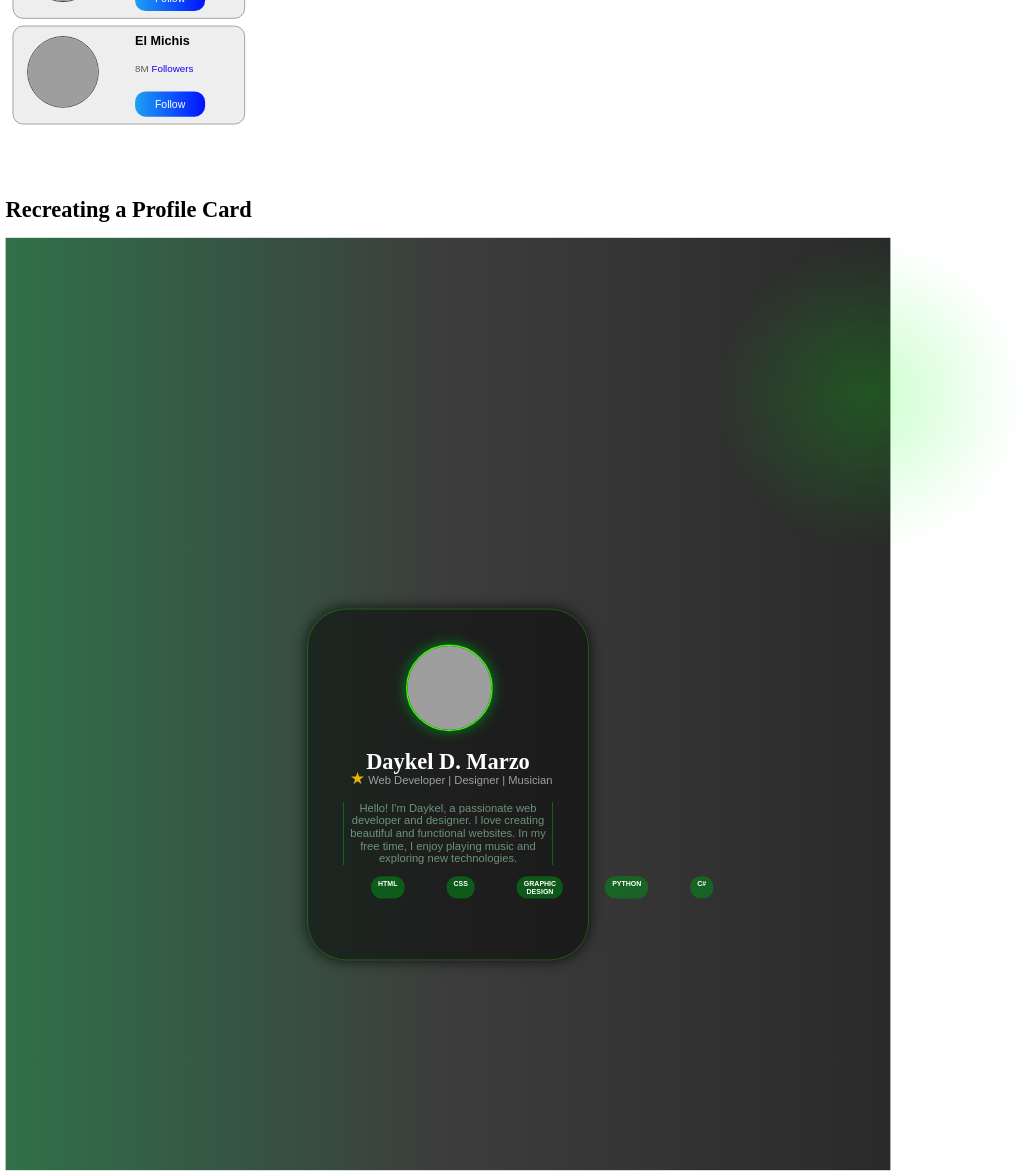
Repository: Yeyolive/WebDev_Collab_2025
Page: Basic_Projects/HTML-CSS course/into-to-html/index.html
The author's editor kept a copy of each file at every save. The page is drawn from the files as they stood at one save, then again after the next save.
The browser window is 1280 px wide. The page is 1465 px wide, so the pictures cover 1465 px, including what lies to the right of the window. The pictures show the part of the page from y = 3934 to 5614 px (the page is 5614 px tall), at 70% of full size.
Pictures or frames that could not be fetched are drawn as grey boxes.

Above is the page before, as saved 2025-11-26 00:12:56.

### Basic_Projects/HTML-CSS course/into-to-html/index.html
<!DOCTYPE html>
<html lang="en">
  <head>
    <meta charset="UTF-8" />
    <meta http-equiv="X-UA-Compatible" content="IE=edge" />
    <!-- Ensures compatibility with Internet Explorer -->
    <meta name="viewport" content="width=device-width, initial-scale=1.0" />
    <title>HTML-CSS Course</title>
    <link rel="stylesheet" href="styles.css" />
  </head>

  <body>
    <!-- Buttons section-->
    <button class="subscribe">SUBSCRIBE</button>

    <button class="join">JOIN</button>

    <button class="tweet">Tweet</button>
    <br /><br />
    <button class="uber">Request Now</button>

    <button class="Amazon">Add to cart</button>

    <button class="Github">Sign up</button>
    <br /><br />
    <button class="Bootstrap-1">Get started</button>
    <button class="Bootstrap-2">Download</button>

    <button class="Linkedin-1">Apply on company website</button>
    <br /><br />
    <button class="Linkedin-2">Save</button>
    <br /><br /><br />
    <hr />
    <a href="#">Back to Amazon</a>
    <br />
    <h1>Nike Black Running Shoes</h1>
    <p class="price">$39 - in stock.</p>

    <p>Free delivery tomorrow.</p>

    <button class="Amazon-1">Add to cart</button>
    <button class="Amazon-2">Buy now</button>
    <br /><br />
    <hr />
    <!-- Texts section-->
    <p class="video-title">
      Talking Tech and AI with Google CEO Sundar Pichai!
    </p>

    <p class="video-stats">3.4M views &#183; 6 months ago</p>
    <p class="video-author">marques Brownlee &#10003;</p>
    <p class="video-description">
      Lorem ipsum dolor sit amet consectetur adipisicing elit. Distinctio
      sapiente beatae delectus debitis natus architecto amet! Libero facilis
      mollitia, illo, beatae unde non nemo ad commodi repudiandae, qui enim
      dolore.
    </p>
    <br /><br />
    <hr />
    <p class="apple-text">
      Lorem ipsum dolor sit amet consectetur adipisicing elit. Nesciunt,
      impedit. <span class="span-example">Shop Now</span>
    </p>
    <br /><br />
    <hr />
    <!-- Images: CARS SECTION -->
    <div class="car-images">
      <div class="car">
        <img
          src="images/cars/pexels-adrian-dorobantu-989175-2127733.jpg"
          alt="Car 1"
        />
      </div>
      <div class="car">
        <img src="images/cars/pexels-albinberlin-919073.jpg" alt="Car 2" />
      </div>
      <div class="car">
        <img src="images/cars/pexels-avinashpatel-544542.jpg" alt="Car 3" />
      </div>
      <div class="car">
        <img src="images/cars/pexels-cesarperez209-733745.jpg" alt="Car 4" />
      </div>
      <div class="car">
        <img src="images/cars/pexels-hikaique-242125.jpg" alt="Car 5" />
      </div>
      <div class="car">
        <img src="images/cars/pexels-pashal-337909.jpg" alt="Car 7" />
      </div>
      <div class="car">
        <img src="images/cars/pexels-pixabay-248687.jpg" alt="Car 8" />
      </div>
    </div>

    <input class="search-bar" type="text" placeholder="Search" />

    <input
      class="search-bar-2"
      type="text"
      placeholder="Search Google or type a URL"
    />

    <br /><br />
    <hr />
    <!-- Input field -->
    <p class="email-p1">Email</p>
    <input class="email-input" type="email" />

    <p class="email-p2">
      By clicking Agree & Join, you agree to the Privacy Policy.
    </p>

    <button class="agree-and-join">Agree & Join</button>
    <br /><br />
    <hr />
    <!-- Add Friends section-->
    <h1>Practice - Add Friends</h1>
    <br /><br />
    <div class="add-friends">
      <img
        src="images/cars/pexels-adrian-dorobantu-989175-2127733.jpg"
        alt="car1"
      />
      <br />
      <p class="p1">John</p>
      <p class="p2">3 mutual friends</p>
      <button class="add-button">Add Friend</button>
    </div>

    <div class="add-friends">
      <img src="images/cars/pexels-hikaique-242125.jpg" alt="car2" />
      <br />
      <p class="p1">Baker</p>
      <p class="p2">5 mutual friends</p>
      <button class="add-button">Add Friend</button>
    </div>

    <div class="add-friends">
      <img src="images/cars/pexels-pixabay-248687.jpg" alt="car3" />
      <br />
      <p class="p1">Leo</p>
      <p class="p2">4 mutual friends</p>
      <button class="add-button">Add Friend</button>
    </div>
    <br /><br /><br />
    <hr />
    <!-- Vertical layout practice-->
    <h1>Vertical layout Practice</h1>
    <br /><br />
    <div class="profiles">
      <div class="cats-profile">
        <div class="cat1">
          <img
            class="cat-img"
            src="images/pexels-pixabay-69932.jpg"
            alt="cat image"
          />
        </div>
      </div>

      <div class="cat-info">
        <p class="cat-name">Benny</p>
        <p class="cat-popularity"><span>1.7M</span> Followers</p>
        <button class="follow-button">Follow</button>
      </div>
    </div>

    <div class="profiles">
      <div class="cats-profile">
        <div class="cat2">
          <img
            class="cat-img"
            src="https://images.pexels.com/photos/68594/pexels-photo-68594.jpeg"
            alt="cat image"
          />
        </div>
      </div>

      <div class="cat-info">
        <p class="cat-name">Rendi</p>
        <p class="cat-popularity"><span>3.2M</span> Followers</p>
        <button class="follow-button">Follow</button>
      </div>
    </div>

    <div class="profiles">
      <div class="cats-profile">
        <div class="cat3">
          <img
            class="cat-img"
            src="https://images.pexels.com/photos/33537/cat-animal-cat-portrait-mackerel.jpg"
            alt="cat image"
          />
        </div>
      </div>

      <div class="cat-info">
        <p class="cat-name">Mario</p>
        <p class="cat-popularity"><span>10M</span> Followers</p>
        <button class="follow-button">Follow</button>
      </div>
    </div>
    <div class="profiles">
      <div class="cats-profile">
        <div class="cat4">
          <img
            class="cat-img"
            src="https://images.pexels.com/photos/86243/pexels-photo-86243.jpeg"
            alt="cat image"
          />
        </div>
      </div>

      <div class="cat-info">
        <p class="cat-name">Rodolf</p>
        <p class="cat-popularity"><span>4.7M</span> Followers</p>
        <button class="follow-button">Follow</button>
      </div>
    </div>

    <div class="profiles">
      <div class="cats-profile">
        <div class="cat5">
          <img
            class="cat-img"
            src="https://images.pexels.com/photos/302280/pexels-photo-302280.jpeg"
            alt="cat image"
          />
        </div>
      </div>

      <div class="cat-info">
        <p class="cat-name">El Michis</p>
        <p class="cat-popularity"><span>8M</span> Followers</p>
        <button class="follow-button">Follow</button>
      </div>
    </div>
    <br /><br />
    <br /><br />
    <h1>Recreating a Profile Card</h1>
    <!--PROFILE CARD-->
    <div class="profile-card">
      <div class="glow-circle"></div>
      <div class="avatar">
        <img
          class="avatar-pic"
          src="https://images.pexels.com/photos/1681010/pexels-photo-1681010.jpeg"
          alt="profile picture"
        />
        <h1 class="avatar-name">Daykel D. Marzo</h1>
        <p class="avatar-roles">
          <span class="profile-symbols">&#9733;</span>
          Web Developer | Designer | Musician
        </p>
        <p class="avatar-description">
          Hello! I'm Daykel, a passionate web developer and designer. I love
          creating beautiful and functional websites. In my free time, I enjoy
          playing music and exploring new technologies.
        </p>
        <ul class="skill-tags">
          <li><p>HTML</p></li>
          <li><p>CSS</p></li>
          <li><p>Graphic Design</p></li>
          <li><p>Python</p></li>
          <li><p>C#</p></li>
        </ul>
      </div>
    </div>
  </body>
</html>

### Basic_Projects/HTML-CSS course/into-to-html/styles.css
/* === buttons === */
.subscribe {
  border: none;
  height: 36px;
  background: rgb(200, 0, 0);
  color: white;
  font-size: 15px;
  cursor: pointer;
  margin-right: 10px;
  transition: opacity 0.3s;
}

.subscribe:hover {
  opacity: 0.7;
}

.subscribe:active {
  opacity: 0.6;
}

.join {
  border: 1px solid blue;
  height: 36px;
  width: 74px;
  color: blue;
  font-size: 15px;
  background: white;
  border-radius: 2px;
  cursor: pointer;
  margin-right: 10px;
  transition: background-color 0.4s, color 0.4s;
}

.join:hover {
  background: blue;
  color: white;
}

.join:active {
  opacity: 0.7;
}

.tweet {
  border: none;
  border-radius: 18px;
  height: 36px;
  width: 74px;
  background: #1d9bf0;
  color: white;
  cursor: pointer;
  font-weight: bold;
  font-size: 15px;
  transition: background-color 0.4s, color 0.4s;
}

.tweet:hover {
  box-shadow: 5px 5px 10px rgba(0, 0, 0, 0.414);
}

.uber {
  background: black;
  color: white;
  border: none;
  height: 36px;
  width: 115px;
  cursor: pointer;
  transition: background-color 0.4s, color 0.4s;
}

.uber:hover {
  opacity: 0.7;
}

.Amazon {
  background: rgb(255, 216, 20);
  color: rgb(0, 0, 0);
  border: none;
  border-radius: 18px;
  height: 30px;
  width: 150px;
  margin-left: 10px;
  margin-right: 10px;
  cursor: pointer;
  transition: background-color 0.4s, color 0.4s;
}

.Amazon:hover {
  background: rgb(255, 153, 36);
}

.Github {
  background: rgb(46, 164, 79);
  color: white;
  border: none;
  padding-left: 10px;
  padding-right: 10px;
  padding-top: 10px;
  padding-bottom: 10px;
  margin-left: 10px;
  margin-right: 10px;
  border-radius: 7px;
  font-weight: bold;
  cursor: pointer;
  transition: padding 0.15s, margin 0.15s, background-color 0.4s, color 0.4s;
}

.Github:hover {
  background: rgb(36, 124, 59);
  padding-left: 25px;
  padding-right: 25px;
  margin-left: 0px;
  margin-right: 0px;
}

.Bootstrap-1 {
  background: rgb(121, 82, 179);
  color: white;
  border: none;
  border-radius: 5px;
  height: 36px;
  width: 110px;
  font-weight: bold;
  margin-right: 10px;
  cursor: pointer;
  transition: background-color 0.4s, color 0.4s;
}

.Bootstrap-1:hover {
  background: rgb(51, 26, 88);
}
.Bootstrap-2 {
  background: white;
  color: rgb(108, 117, 125);
  font-weight: bold;
  border: 1px solid rgb(108, 117, 125);
  height: 36px;
  width: 110px;
  border-radius: 5px;
  margin-right: 10px;
  cursor: pointer;
  transition: background-color 0.4s, color 0.4s;
}
.Bootstrap-2:hover {
  background: rgb(108, 117, 125);
  color: white;
  width: 130px;
}

.Linkedin-1 {
  background: rgb(10, 102, 194);
  color: white;
  border: none;
  border-radius: 15px;
  font-weight: bold;
  height: 36px;
  width: 210px;
  cursor: pointer;
  transition: background-color 0.4s, color 0.4s;
}

.Linkedin-1:hover {
  background: rgb(6, 61, 116);
}

.Linkedin-2 {
  background: white;
  color: rgb(10, 102, 194);
  font-weight: bold;
  border: 1px solid rgb(10, 102, 194);
  height: 36px;
  width: 90px;
  border-radius: 15px;
  cursor: pointer;
  font-size: 14px;
  margin-bottom: 50px;
  transition: background-color 0.4s, color 0.4s;
}

.Linkedin-2:hover {
  background: rgba(55, 146, 250, 0.307);
  color: rgb(10, 102, 194);
  border: 1px solid rgb(10, 102, 194);
}

a {
  color: rgb(22, 75, 33);
}

a:hover {
  text-decoration: none;
  color: rgb(30, 255, 0);
}

.Amazon-1 {
  background: rgb(255, 216, 20);
  color: rgb(0, 0, 0);
  border: none;
  border-radius: 18px;
  height: 30px;
  width: 120px;
  cursor: pointer;
  transition: background-color 0.4s, color 0.4s;
}
.Amazon-1:hover {
  background: rgb(255, 153, 36);
  margin-right: 20px;
  border-top-right-radius: 25px;
}

.Amazon-2 {
  background: rgb(255, 153, 36);
  color: rgb(0, 0, 0);
  border: none;
  border-radius: 18px;
  height: 30px;
  width: 120px;
  cursor: pointer;
  transition: background-color 0.4s, color 0.4s;
}
.Amazon-2:hover {
  background: rgb(255, 216, 20);
  margin-left: 20px;
  border-top-left-radius: 25px;
  border-bottom-right-radius: 25px;
  font-style: italic;
}

.price {
  color: green;
  font-weight: bold;
}

/* === video ===== */

p {
  font-family: Arial, Helvetica, sans-serif;
  margin-top: 0;
  margin-bottom: 0;
}
.video-title {
  font-size: 18px;
  font-weight: bold;
  width: 300px;
  line-height: 24px;
  margin-bottom: 5px;
}

.video-stats {
  font-size: 14px;
  color: rgb(96, 96, 96);
  margin-top: 0;
  margin-bottom: 20px;
}

.video-author {
  font-size: 14px;
  color: rgb(96, 96, 96);
  margin-top: 0;
  margin-bottom: 20px;
}

.video-description {
  font-size: 14px;
  color: rgb(96, 96, 96);
  width: 300px;
  line-height: 22px;
  margin-top: 0;
}

.apple-text {
  margin-bottom: 50px;
  font-size: 14px;
  font-weight: bold;
  background-color: rgb(227, 65, 64);
  color: white;
  text-align: center;
  padding: 20px 10px;
}

.span-example {
  color: rgb(255, 255, 255);
  cursor: pointer;
  margin-left: 10px;
  border: 2px solid rgb(255, 255, 255);
  padding: 10px;
  background: linear-gradient(
    to right,
    rgb(0, 0, 0),
    rgb(255, 1, 1),
    rgb(255, 153, 36)
  );
  border-radius: 20px;
}

.span-example:hover {
  opacity: 0.7;
}

.span-example:active {
  opacity: 0.6;
}

/* === images === */

img {
  width: 300px;
  height: 200px;
  border: 2px solid black;
  border-radius: 10px;
  object-fit: cover;
  border-bottom-left-radius: 0px;
  border-bottom-right-radius: 0px;
  border-bottom: 1px solid rgb(55, 6, 250);
}

.search-bar {
  width: 200px;
  height: 30px;
  margin: 20px;
  font-size: 20px;
  padding: 10px 20px;
  border: 1px solid grey;
  border-radius: 10px;
  display: block;
}

.search-bar-2 {
  width: 450px;
  padding: 12px 10px;
  margin-left: 5px;
  font-size: 18px;
  border: none;
  border-radius: 20px;
  box-shadow: 0px 0px 5px rgba(0, 0, 0, 0.2);
  display: block;
}

.search-bar-2:focus {
  outline: none;
  box-shadow: 0px 0px 8px rgba(0, 85, 255, 0.738);
}

.search-bar-2:hover {
  box-shadow: 0px 0px 8px rgba(0, 85, 255, 0.738);
  cursor: pointer;
}

.email-p1 {
  color: rgb(56, 55, 55);
}

.email-p2 {
  color: rgb(56, 55, 55);
  width: 405px;
  font-size: 15px;
}

.email-input {
  width: 350px;
  border: 1.5px solid black;
  border-radius: 5px;
  padding: 10px;
  cursor: pointer;
}

.email-input:focus {
  outline: none;
  box-shadow: 0px 0px 8px rgba(0, 85, 255, 0.738);
}

.agree-and-join {
  padding: 15px 60px;
  width: 20%;
  font-size: 20px;
  color: white;
  border: none;
  border-radius: 25px;
  background-color: rgb(10, 102, 194);
  cursor: pointer;
  transition: background-color 0.4s, color 0.4s;
}

.agree-and-join:hover {
  background: rgb(6, 61, 116);
}

.add-friends {
  display: inline-block;
  margin: 10px;
  padding: 0px 0px 15px 0px;
  background: linear-gradient(to right, #b9b9b9, #ffffff, #d0d0d0);
  box-shadow: 5px 5px 10px rgba(74, 76, 74, 0.612);
  font-size: 18px;
  border: 1px solid black;
  border-radius: 10px;
}

.add-friends:hover {
  transform: translateY(-5px);
  transition: box-shadow 0.3s ease, transform 0.3s ease;
}

.add-friends .p1 {
  font-size: 20px;
  color: rgb(0, 123, 255);
  font-weight: bold;
  padding-left: 10px;
  text-align: center;
}

.add-friends .p2 {
  font-size: 20px;
  color: rgb(0, 0, 0);
  font-weight: bold;
  padding-left: 10px;
  text-align: center;
}

.add-button {
  background: rgb(0, 123, 255);
  color: white;
  border: none;
  border-radius: 15px;
  margin-left: 80px;
  height: 36px;
  width: 150px;
  cursor: pointer;
  transition: background-color 0.4s, color 0.4s;
}

.add-button:hover {
  background: rgb(0, 82, 178);
}

.cats-profile {
  display: inline-block;
  width: 50px;
}
.cat-info {
  display: inline-block;
  width: 100px;
}

.cat-img {
  border-radius: 100%;
  border: 1px solid black;
  width: 100px;
  height: 100px;
  object-fit: cover;
}

.cat-img:hover {
  box-shadow: 5px 5px 10px rgba(13, 0, 255, 0.416);
  cursor: pointer;
}
.cat-name {
  font-size: 18px;
  width: 150px;
  font-weight: bolder;
  display: inline-block;
  padding-left: 100px;
  margin-bottom: 20px;
}

.cat-popularity {
  font-size: 14px;
  color: rgb(25, 0, 255);
  width: 150px;
  display: inline-block;
  padding-bottom: 5px;
  padding-left: 100px;
  margin-bottom: 20px;
}

.follow-button {
  background: linear-gradient(to right, #1da1f2, #0011ff);
  color: white;
  border: none;
  font-size: 15px;
  border-radius: 15px;
  margin-left: 100px;
  height: 36px;
  width: 100px;
  cursor: pointer;
  transition: background-color 0.4s, color 0.4s;
}

.follow-button:hover {
  background: linear-gradient(to right, #0873b5, #01019c);
}

.follow-button:active {
  opacity: 0.7;
}

.profiles {
  background: rgba(158, 158, 158, 0.175);
  padding: 10px 60px 10px 20px;
  width: 250px;
  border: 1px solid grey;
  border-radius: 15px;
  display: block;
  margin: 10px;
}

span {
  color: rgb(92, 92, 92);
}

/* === Simple Profile Card Styles === */
/* Container for the profile card */
.glow-circle {
  position: relative;
  width: 450px;
  height: 450px;
  background: radial-gradient(circle, rgba(0, 255, 4, 0.2), transparent 70%);
  filter: blur(2px);
  top: -300px;
  left: 600px;
  pointer-events: none;
}
.profile-card {
  background: linear-gradient(
    to right,
    rgba(21, 93, 50, 0.884),
    rgba(11, 12, 11, 0.8),
    rgba(0, 0, 0, 0.837)
  );
  padding: 300px;
  display: grid;
  place-items: center;
}

.avatar {
  padding: 50px;
  margin-top: -220px;
  background: rgba(0, 0, 0, 0.5);
  width: 300px;
  height: 400px;
  border-radius: 55px;
  border: 1px solid rgba(43, 255, 0, 0.31);
  box-shadow: 0px 0px 20px rgba(0, 0, 0, 0.8);
}

.avatar-pic {
  border-radius: 50%;
  width: 120px;
  height: 120px;
  object-fit: cover;
  margin-left: 90px;
  border: 2px solid rgb(47, 255, 0);
  box-shadow: 0px 0px 20px rgba(0, 145, 24, 0.921);
}

.avatar-roles {
  margin-top: -30px;
  margin-bottom: 20px;
  color: rgba(170, 170, 170, 0.921);
}

.avatar-name {
  font-size: 32px;
  font-weight: bold;
  color: rgb(255, 255, 255);
  text-align: center;
}

.avatar-description {
  text-align: center;
  color: rgba(181, 255, 206, 0.521);
  border-left: 1px solid rgba(0, 145, 24, 0.921);
  border-right: 1px solid rgba(0, 145, 24, 0.921);
}

.profile-symbols {
  margin-left: 10px;
  color: rgba(249, 195, 0, 0.921);
  font-size: 24px;
}

.skill-tags {
  display: flex;
  gap: 10px;
  list-style: none;
}

.skill-tags li {
  background: rgba(0, 145, 24, 0.521);
  color: white;
  font-size: 10px;
  margin-right: 10px;
  padding: 5px 10px;
  text-align: center;
  border-radius: 15px;
  text-transform: uppercase;
  font-weight: bold;
  display: inline-block;
  justify-content: center;
  margin-right: 50px;
}

After the next save:
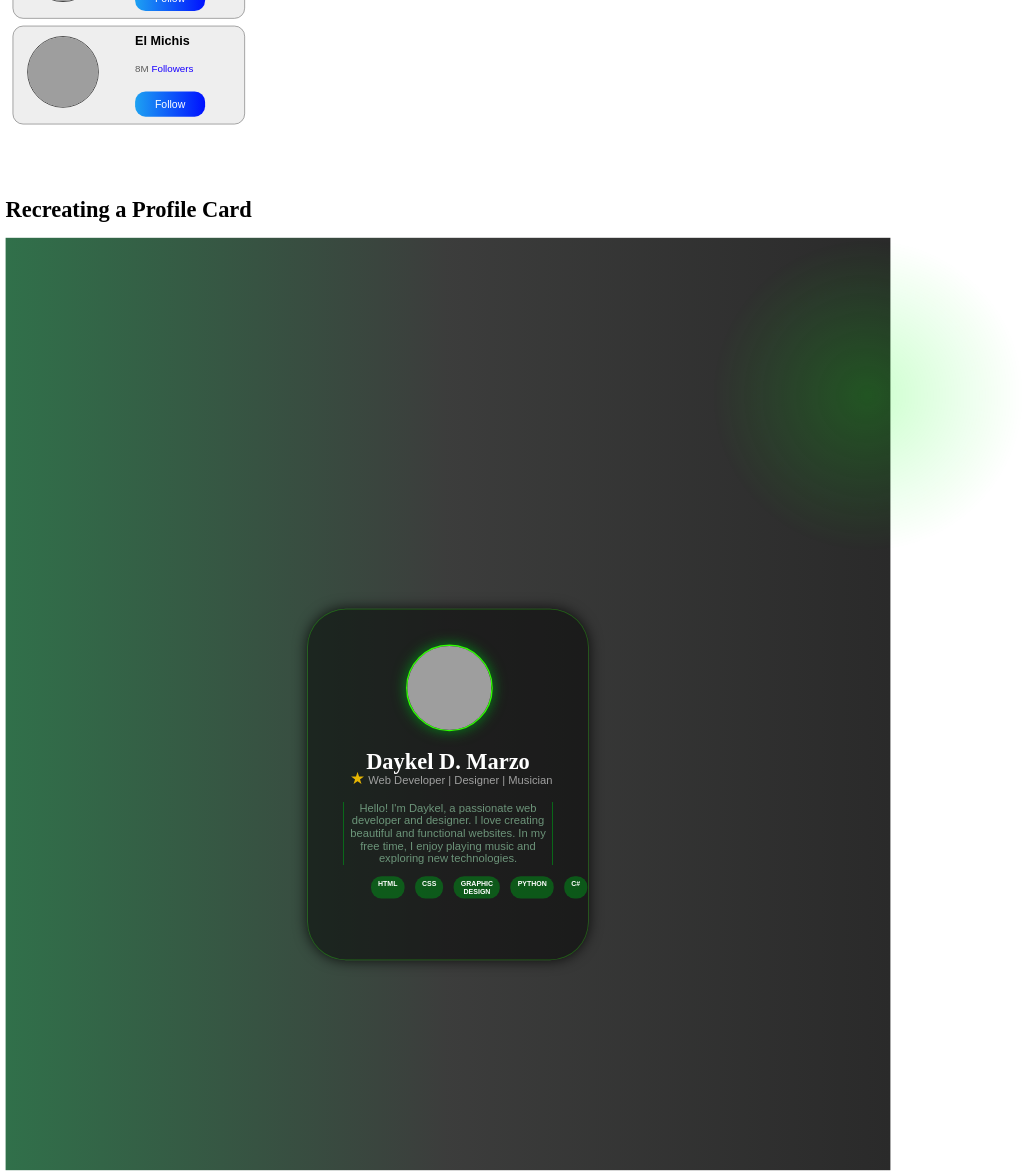
Saved 11 s later.
--- a/Basic_Projects/HTML-CSS course/into-to-html/styles.css
+++ b/Basic_Projects/HTML-CSS course/into-to-html/styles.css
@@ -596,5 +596,5 @@ span {
   font-weight: bold;
   display: inline-block;
   justify-content: center;
-  margin-right: 50px;
-}
+  margin-right: 5px;
+}
